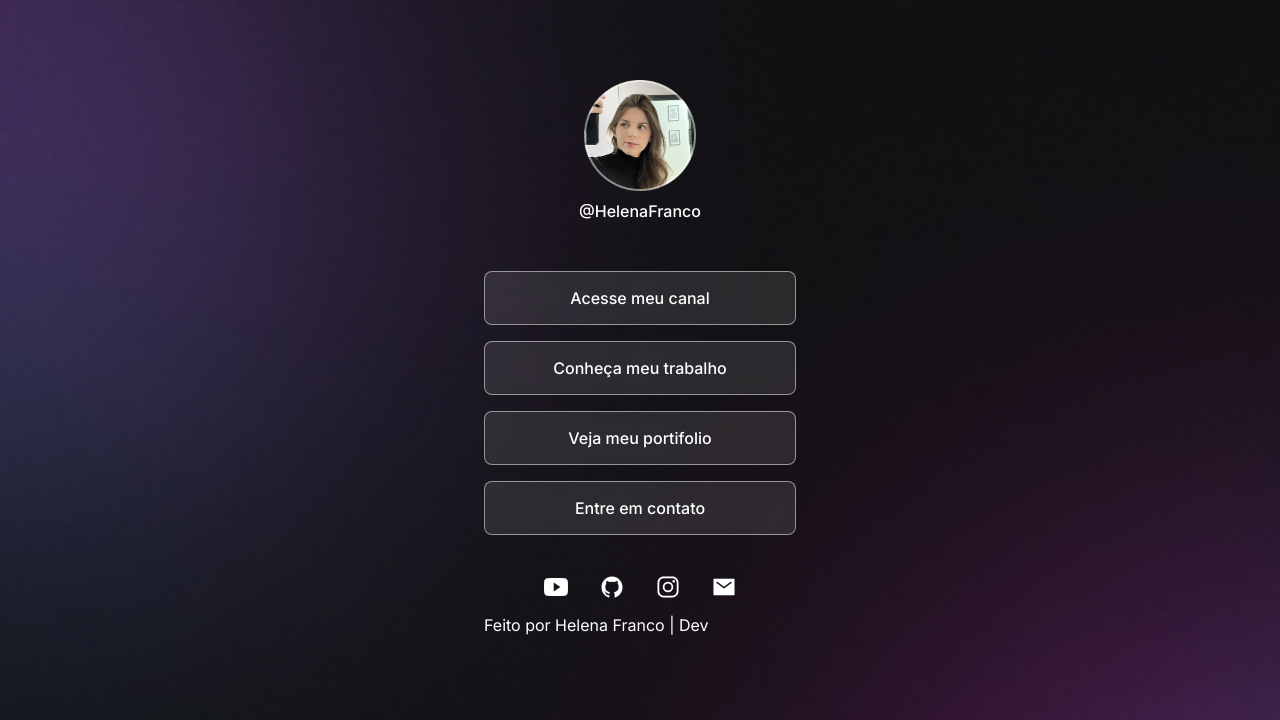
Repository: Fr4nc021/Pagina-de-links-
Page: index.html
An editor plug-in stored every save of this project. The page is shown before and after the next save, followed by the edit.
The browser window is 1280 px wide. The pictures show the whole page.

Above is the page before, as saved 2025-02-13 20:44:09.

### index.html
<!DOCTYPE html>
<html lang="pt-br">
<head>
    <link rel="preconnect" href="https://fonts.googleapis.com">
    <link rel="preconnect" href="https://fonts.gstatic.com" crossorigin>
    <link href="https://fonts.googleapis.com/css2?family=Inter:ital,opsz,wght@0,14..32,100..900;1,14..32,100..900&display=swap" rel="stylesheet">
    <meta charset="UTF-8">
    <meta name="viewport" content="width=device-width, initial-scale=1.0">
    <title>DevLinks</title>
    <link rel="stylesheet" href="style.css">
</head>
<body>
    <div id="container">
    <div id="profile">
    <img
        src="./assets/avatar.png"
        alt="Foto da Helena Franco sorrindo">
        <p>@HelenaFranco</p>
    </div>
    <div>
        <ul>
            <li>
                <a href="#" target="_blank">Acesse meu canal</a>
            </li>
            <li>
                <a href="#" target="_blank">Conheça meu trabalho</a>
            </li>
            <li>
                <a href="#" target="_blank">Veja meu portifolio</a>
            </li>
            <li>
                <a href="#" target="_blank">Entre em contato</a>
            </li>
        </ul>
    </div>
        <div id="social-links">
            <a href="https://www.youtube.com/@FR4NC021" target="_blank">
            <ion-icon name="logo-youtube"></ion-icon></a>

            <a href="https://github.com/Fr4nc021" target="_blank">
            <ion-icon name="logo-github"></ion-icon></a>

            <a href="https://www.instagram.com/h.franco__/" target="_blank">
            <ion-icon name="logo-instagram"></ion-icon></a>

            <a href="https://w.app/doczx7" target="_blank">
            <ion-icon name="mail-sharp"></ion-icon></a>
        </div>

        <footer>
            Feito por Helena Franco | Dev
        </footer>
    </div>
    <script
    type="module"
    src="https://unpkg.com/ionicons@7.1.0/dist/ionicons/ionicons.esm.js" ></script>
<script
nomodule
src = "https://unpkg.com/ionicons@7.1.0/dist/ionicons/ionicons.js" ></script>
</body>
</html>

### style.css
* {
    margin: 0%;
    padding: 0%;
    box-sizing: border-box;
}


body {
background: url(./assets/bg-mobile.jpg) no-repeat top center/cover;
}

body * {
        font-family: "Inter", sans-serif;
        color: #ffffff;
      }

#container {
    width: 360px;
    margin: 56px auto 0px;
    padding: 0 24px;
}

#profile img {
    width: 112px;
    display: block;
    margin: auto;

}

#profile {
    text-align: center;
    padding: 24px;
}

#profile p {
    font-weight: 500;
    line-height: 24px;
    margin-top: 8px;
}

/* Links */

ul{
    list-style: none;
    display: flex;
    flex-direction: column;
    gap: 16px;

    padding: 24px 0;
}

ul li a {

        display: flex;
        align-items: center;
        justify-content: center;

        padding: 16px 24px;

        background: rgba(255, 255,255, 0.1);
        border: 1px solid rgba(255, 255, 255, 0.5);
        border-radius: 8px;

        -webkit-backdrop-filter: blur(4px);
        backdrop-filter: blur(4px);

        text-decoration: none;
        font-weight: 500;

        transition: background 0.2s;
    }

    /* pseudo-selector */

    ul li a:hover {
        background: rgba(255, 255, 255, 0.05);
        border: 1.5px solid white;
    }

    #social-links {
        display: flex;
        justify-content: center;

        margin-top: 24px 0;

        font-size:24px;
    }

    #social-links a {
        display: flex;
        align-items: center;
        justify-content: center;
        padding: 16px;

        transition: 0.2s;
        border-radius: 50%;
    }


    #social-links a:hover {
        background: rgba(255, 255, 255, 0.2);
    }

After the next save:
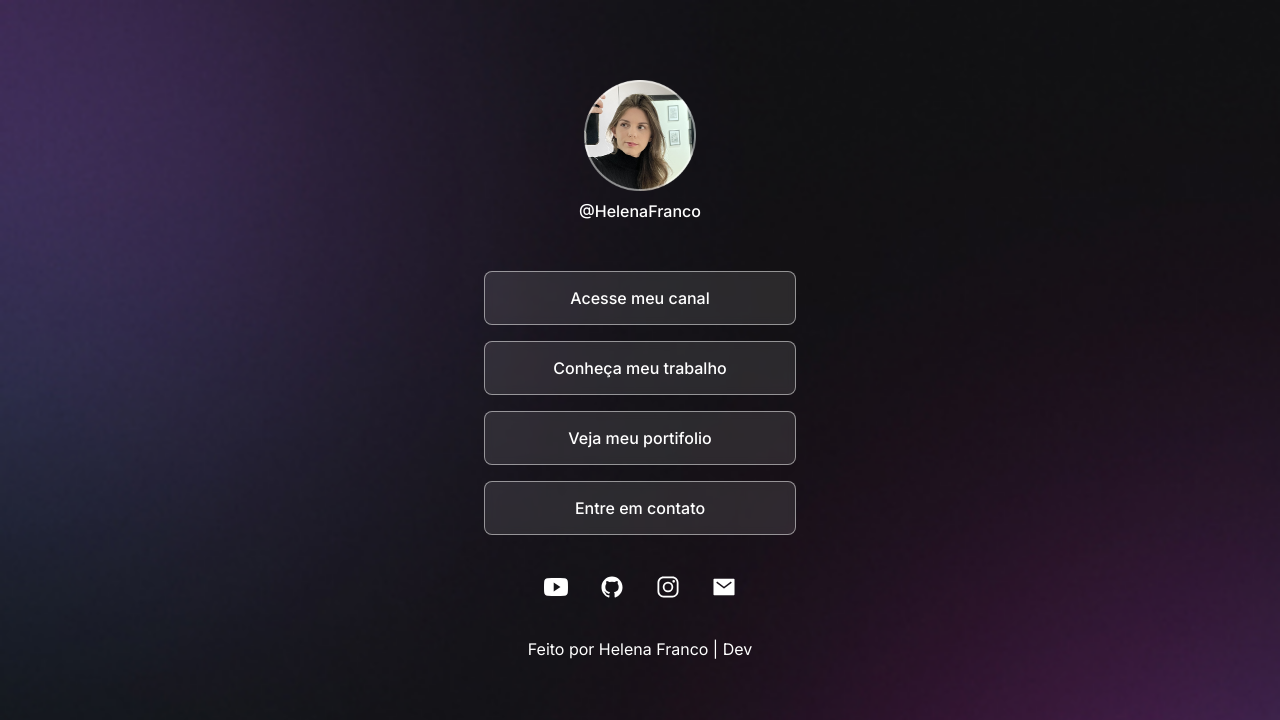
Saved 22 s later.
--- a/style.css
+++ b/style.css
@@ -100,3 +100,8 @@ ul li a {
     #social-links a:hover {
         background: rgba(255, 255, 255, 0.2);
     }
+
+    footer {
+        text-align: center;
+        margin-top: 24px;
+    }
